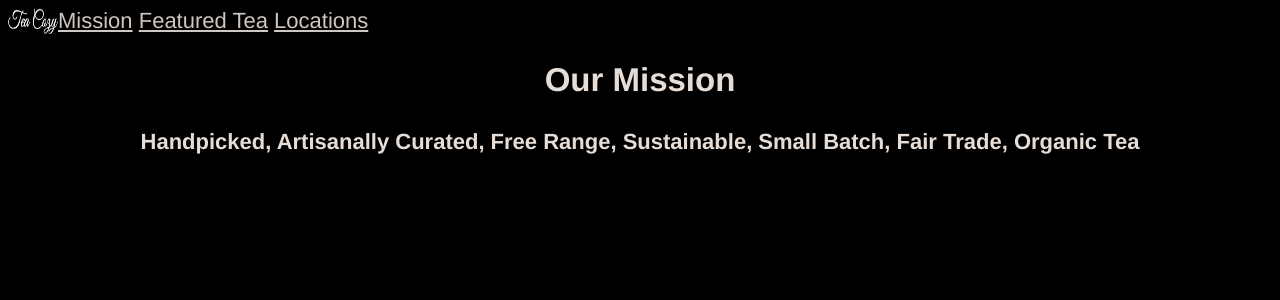
Repository: NiutaR/teaCozy
Page: index.html
These files come from the project's save history. The page is drawn as it stood at one moment and after the next save; the edit follows.
The browser window is 1280 px wide. The pictures show the whole page.

Above is the page before, as saved 2021-08-06 17:22:12.

After the next save:
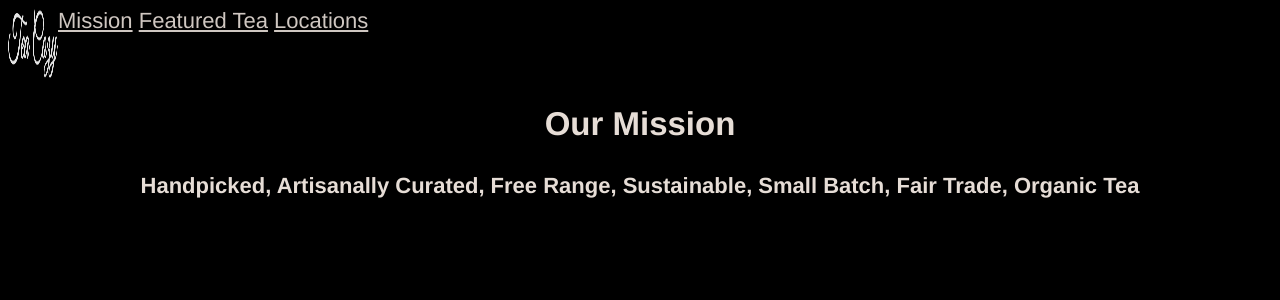
Saved 4 s later.
--- a/src/style.css
+++ b/src/style.css
@@ -13,5 +13,5 @@
 }
 header {
     display: flex;
-    height: ;
+    height: 70px;
 }
